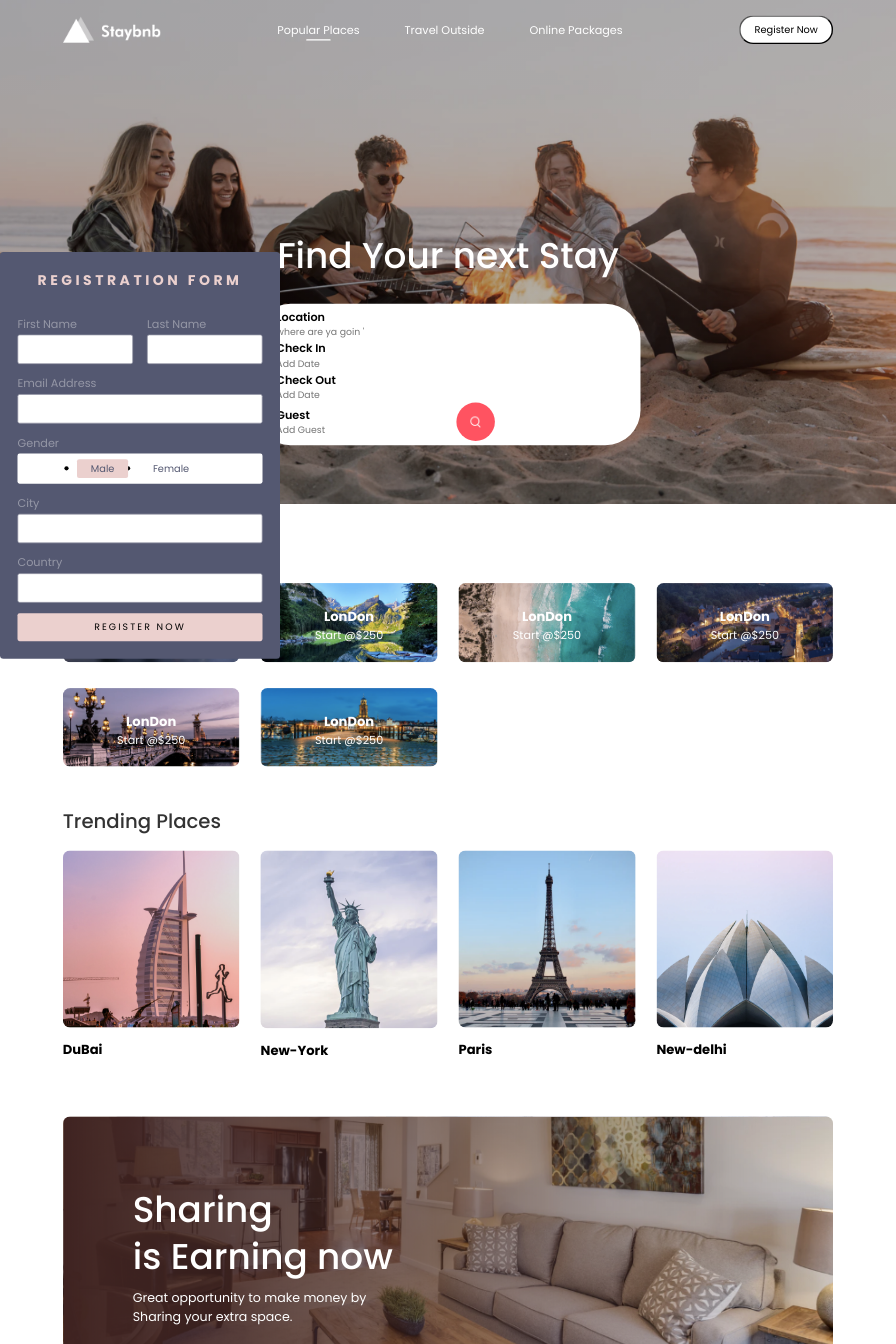
Repository: pinocoding/AirBnB
Page: index.html
The author's editor kept a copy of each file at every save. The page is drawn from the files as they stood at one save, then again after a run of saves.
The browser window is 1280 px wide. The pictures show the part of the page from y = 0 to 1920 px (the page is 3041 px tall), at 70% of full size.

Above is the page before, as saved 2022-02-13 12:04:40.

After the next 2 saves:
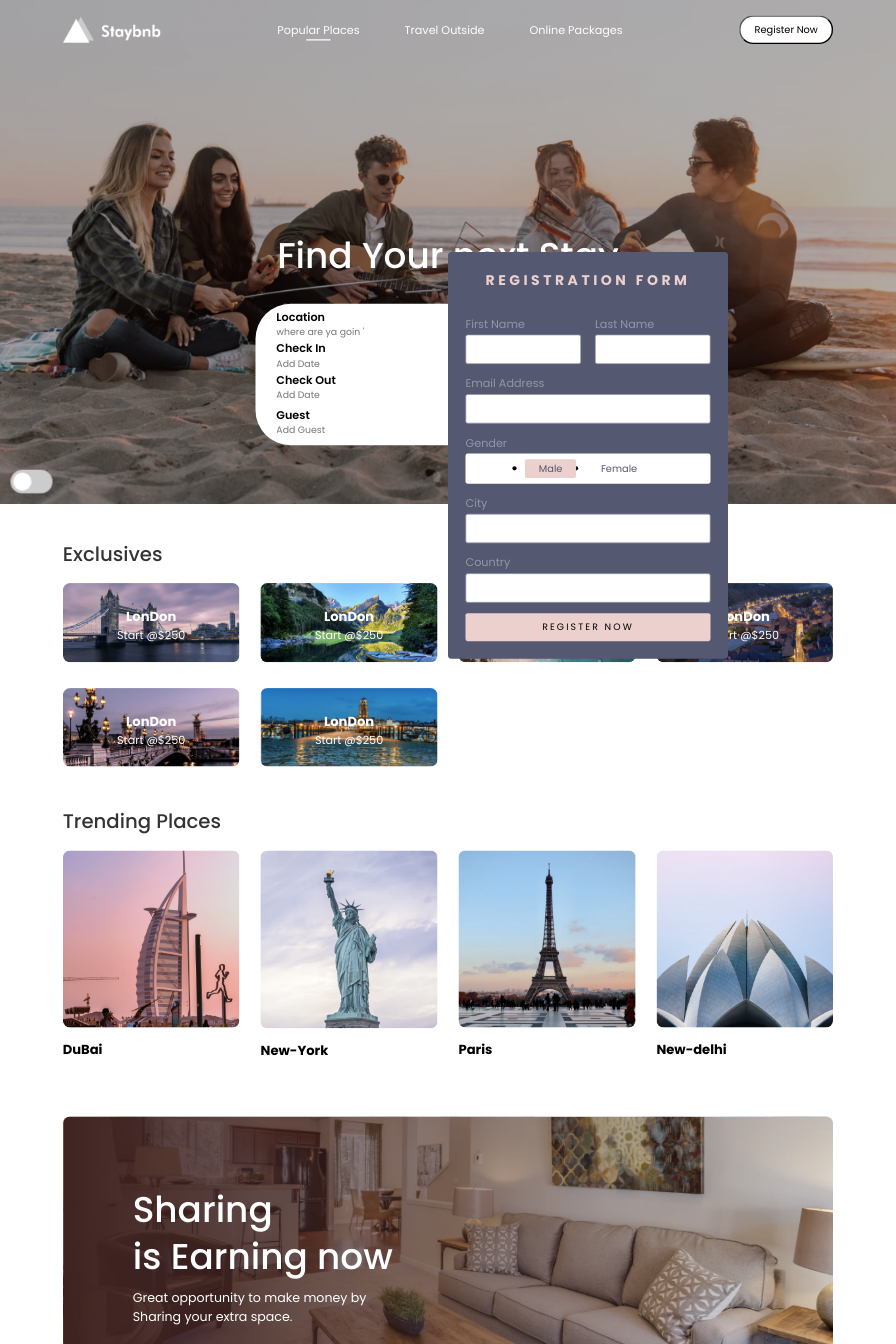
The 2 saves are shown as one change because they came seconds apart.
The last was saved 9 s later.
--- a/style.css
+++ b/style.css
@@ -311,7 +311,8 @@ nav {
     display: block;
     position: fixed;
     z-index: 99;
-    top: 50%
+    top: 50%;
+    left: 50%;
 }
 
 .registration_form {
